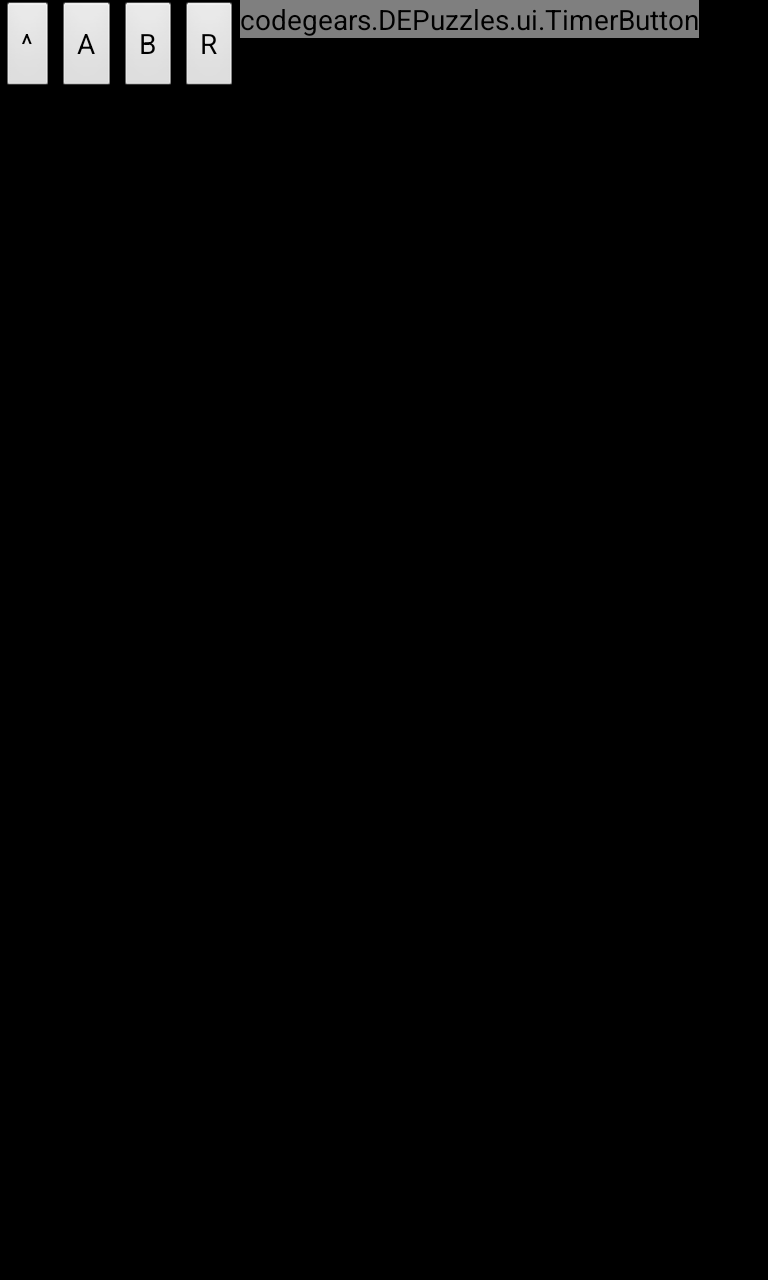
Repository: simplesns/workspace
Layout: eclipse/DEPuzzles/res/layout/codeword.xml
The author's editor kept a copy of each file at every save. The layout is drawn from the files as they stood at one save, then again after the next save.
Pictures or frames that could not be fetched are drawn as grey boxes. It is drawn on a 768 x 1280 px phone screen (xhdpi) without system bars, with theme android:Theme; the app's code is not run.

Above is the layout before, as saved 2011-01-31 08:47:10.

After the next save:
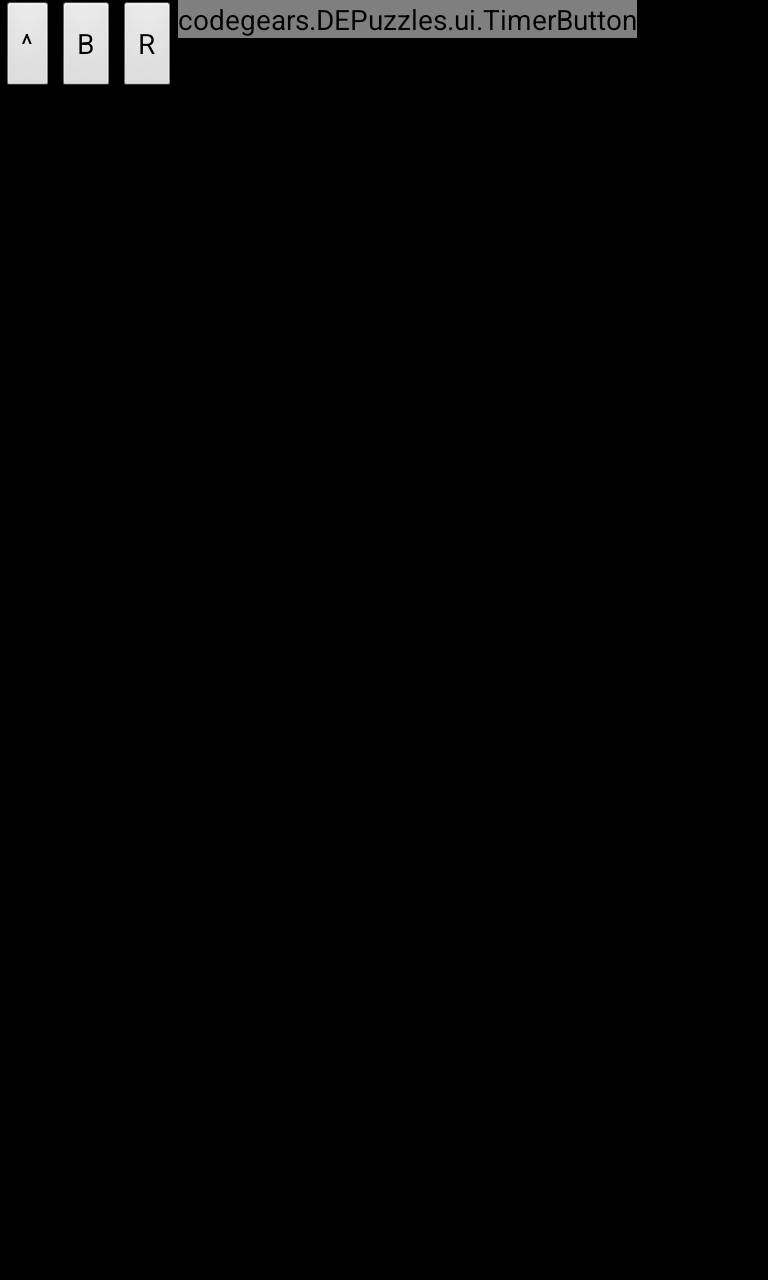
Saved 19 s later.
--- a/eclipse/DEPuzzles/res/layout/codeword.xml
+++ b/eclipse/DEPuzzles/res/layout/codeword.xml
@@ -3,11 +3,8 @@
 	android:layout_width="fill_parent" android:layout_height="fill_parent">
 	<LinearLayout android:id="@+id/LinearLayout01"
 		android:layout_height="wrap_content" android:layout_width="fill_parent">
-		<Button android:id="@+id/CrosswordsBack" android:layout_width="wrap_content"
+		<Button android:id="@+id/CodeWordsBack" android:layout_width="wrap_content"
 			android:layout_height="wrap_content" android:text="^"></Button>
-		<Button android:layout_width="wrap_content"
-			android:layout_height="wrap_content" android:text="A"
-			android:id="@+id/CrosswordsClue"></Button>
 		<Button android:layout_width="wrap_content"
 			android:layout_height="wrap_content" android:text="B"
 			android:id="@+id/CrosswordsHint"></Button>
